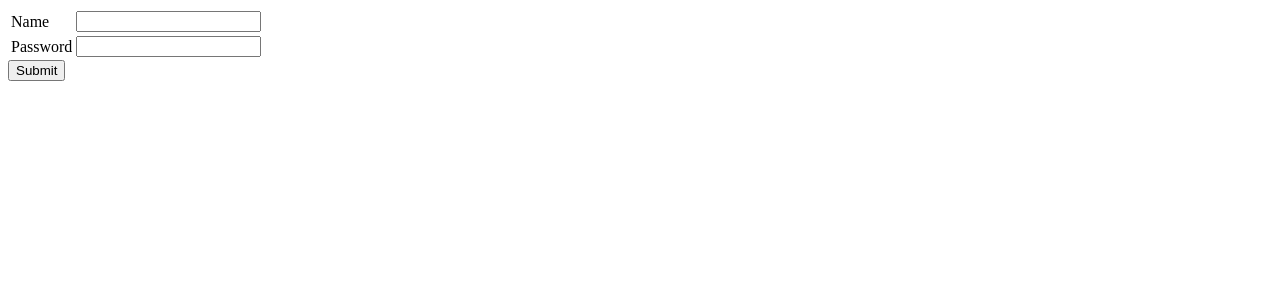
Repository: Kamleshmaury/CoreJava
Page: Servlet-1/src/main/webapp/login.html
These files come from the project's save history. The page is drawn as it stood at one moment and after the next save; the edit follows.
The browser window is 1280 px wide. The pictures show the whole page.

Above is the page before, as saved 2022-10-17 07:14:32.

After the next save:
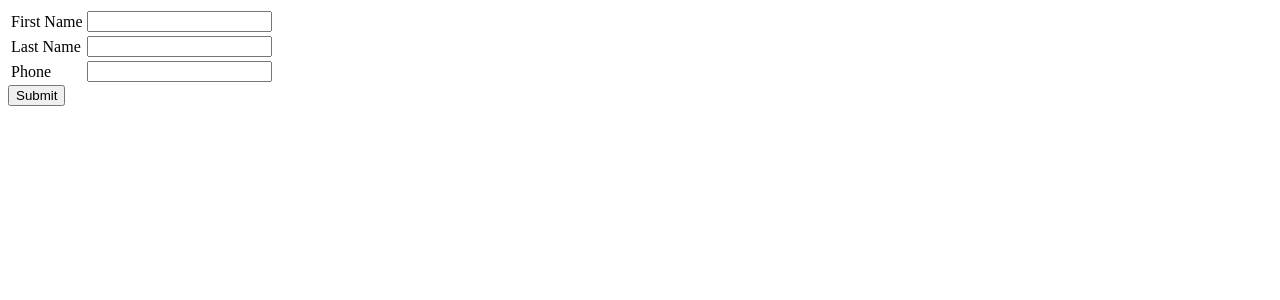
Saved 49 s later.
--- a/Servlet-1/src/main/webapp/login.html
+++ b/Servlet-1/src/main/webapp/login.html
@@ -8,12 +8,18 @@
 	<form action="login" method="get">
 		<table>
 			<tr>
-				<td>Name</td>
-				<td><input type="text" name="name" /></td>
+				<td>First Name</td>
+				<td><input type="text" name="firstName" /></td>
 			</tr>
 			<tr>
-				<td>Password</td>
-				<td><input type="password" name="password" /></td>
+				<td>Last Name </td>
+				<td><input type="password" name="lastName" /></td>
+			</tr>
+
+			<tr>
+				<td>Phone</td>
+				<td><input type="password" name="phone" /></td>
+			</tr>
 		</table>
 		<input type="submit" value="Submit">
 	</form>
